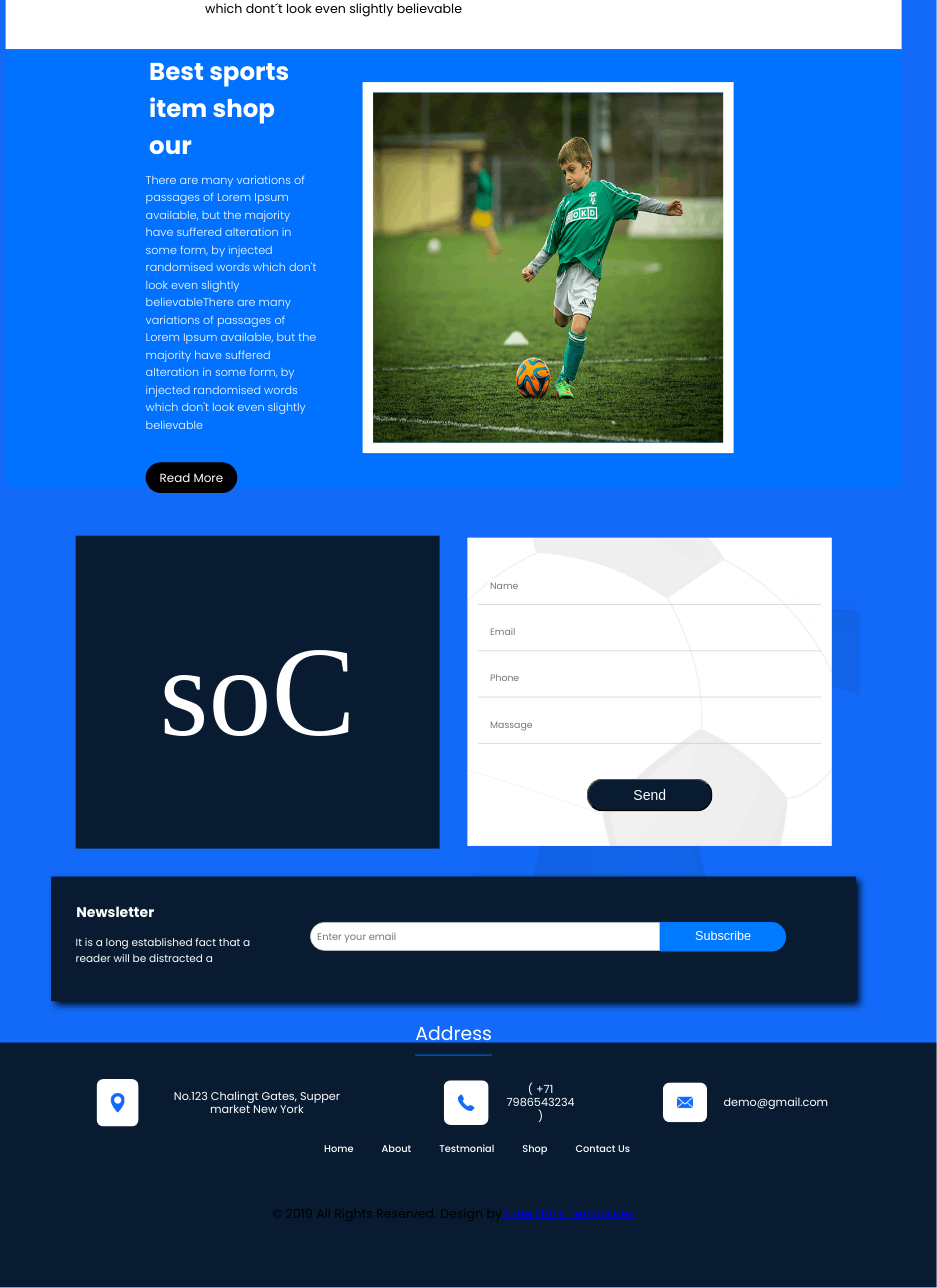
Repository: Vinicius9922/Projeto-Web
Page: index.html
The author's editor kept a copy of each file at every save. The page is drawn from the files as they stood at one save, then again after a run of saves.
The browser window is 1280 px wide. The page is 1338 px wide, so the pictures cover 1338 px, including what lies to the right of the window. The pictures show the part of the page from y = 2055 to 3895 px (the page is 3895 px tall before and 3879 px after), at 70% of full size.

Above is the page before, as saved 2024-12-13 20:03:49.

### index.html
<!DOCTYPE html>
<html>

<head>
    <meta charset="UTF-8">
    <meta name="viewport" content="width=device-width, initial-scale=1.0">
    <link rel="stylesheet" href="index.css">
    <link rel="preconnect" href="https://fonts.googleapis.com">
    <link rel="preconnect" href="https://fonts.gstatic.com" crossorigin>
    <link
        href="https://fonts.googleapis.com/css2?family=Lora:ital,wght@0,400..700;1,400..700&family=Poppins:ital,wght@0,100;0,200;0,300;0,400;0,500;0,600;0,700;0,800;0,900;1,100;1,200;1,300;1,400;1,500;1,600;1,700;1,800;1,900&display=swap"
        rel="stylesheet">
    <title>Index</title>
</head>

<body class="main-layout">
    <header>
        <div class="header">
            <div class="container">
                <div class="logo"><img src="img/logo.png" alt="logo"></div>
                <div class="navBar">
                    <nav>
                        <ul class="menuNav">
                            <li>HOME</li>
                            <li>ABOUT</li>
                            <li>TESTMONIAL</li>
                            <li>SHOP</li>
                            <li>CONTACT US</li>
                            <li><img id="lupa" src="img/search_icon.png"></li>
                        </ul>
                    </nav>
                </div>
            </div>
        </div>
    </header>
    <section>
        <div class="container">
            <div class="carroussel">
                <div class="textCarroussel">
                    <h1>Welcome to <strong class="color">Our Shop</strong></h1>
                    <p>There are many variations of passages of Lorem Ipsum available, but the majority have
                        suffered
                        alteration in some form, by injected humour</p>
                    <button class="botao-carrossel">Buy Now</button>
                    <button class="botao-carrossel">About</button>
                </div>
            </div>
            <div class="img-carroussel">
                <div>
                    <figure><img id="img-carroussel" src="img/boksing-gloves.png" alt="img" /></figure>
                </div>
            </div>
        </div>
    </section>

    <!-- aaaaaaaaaaaaaaa -->

    <div class="parte branca">
        <h1>Our <span>Products</span></h1>
        <p>There are many variations of passages of Lorem ipsum available, but the majority have suffered alteration in
            some form, by injected randomised words wich don't look even slightly believable</p>
    </div>

    <div class="container3">

        <div class="imagem1">
            <img src="img/basketball.png" alt="bola">
            <p>$<span class="valor">50</span></p>
            <p class="p1">Basket ball</p>
        </div>
        <div class="imagem2">
            <img src="img/t-shirt.png" alt="camiseta">
            <p>$<span class="valor">50</span></p>
            <p class="p1">T-shirt</p>
        </div>
        <div class="imagem3">
            <img src="img/game.png" alt="game">
            <p>$<span class="valor">50</span></p>
            <p class="p1">Game</p>
        </div>
        <div class="imagem4">
            <img src="img/basketball.png" alt="bola">
            <p>$<span class="valor">50</span></p>
            <p class="p1">Basket ball</p>
        </div>
        <div class="imagem5">
            <img src="img/t-shirt.png" alt="camiseta">
            <p>$<span class="valor">50</span></p>
            <p class="p1">T-shirt</p>
        </div>
        <div class="imagem6">
            <img src="img/game.png" alt="game">
            <p>$<span class="valor">50</span></p>
            <p class="p1">game</p>
        </div>

    </div>
    <div class="branca2">
        <h1> About <span>Us</span></h1>
        <p>There are many variations of passages of Lorem ipsum available, but the majority have suffered alteration in
            same form, by injected randomised words which dont´t look even slightly believable</p>
    </div>

    <div class="shield">
        <div class="texto-shield">
            <h1 class="textobranco">Best sports item shop our</h1>
            <p class="p2">There are many variations of passages of Lorem Ipsum available, but the majority have suffered
                alteration in some form, by injected randomised words which don't look even slightly believableThere are
                many variations of passages of Lorem Ipsum available, but the majority have suffered alteration in some
                form, by injected randomised words which don't look even slightly believable</p>

            <div class="btn_main">
                <a class="botao" href="#" role="button">Read More</a>
            </div>
        </div>
        <div class="child">
            <figure><img src="img/child-image.png">
            </figure>
        </div>
    </div>

    <!-- aaaaaaaaaaaaaaaaaaaa -->

    <div class="container2">
        <div class="formulario">
            <div class="box-left">
                <div class="soc">soC</div>
            </div>
            <div class="box-right">
                <form>
                    <div class="grupo-form">
                        <input type="text" class="form" placeholder="Name" name="Name">
                    </div>
                    <div class="grupo-form">
                        <input type="email" class="form" placeholder="Email" name="Email">
                    </div>
                    <div class="grupo-form">
                        <input type="text" class="form" placeholder="Phone" name="Phone">
                    </div>
                    <div class="grupo-form">
                        <input type="text" class="form" placeholder="Massage" name="mensagem">
                    </div>
                    <div class="send-button">
                        <button type="submit" class="botao-env">Send</button>
                    </div>
                </form>
            </div>
        </div>
        <div class="box-down">
            <div class="text-news">
                <h2 class="Newsletter">Newsletter</h2>
                <p class="text-newsletter">It is a long established fact that a reader will be distracted a</p>
            </div>
            <div class="email-news">
                <input type="email" class="news-email" placeholder="Enter your email" name="Email">
            </div>
            <div class="Subscribe">
                <button class="subs-button" type="Subscribe">Subscribe</button>
            </div>
        </div>



        <div class="footer">
            <div>
                <div>
                    <div>
                        <div class="titulo">
                            <h2 class="titulo_texto">Address</h2>
                        </div>
                    </div>
                </div>
            </div>
            <div class="endereco">
                <div>
                    <div class="icones">
                        <div class="site_info">
                            <div class="img-icon">
                                <span class="info_icon"><img src="img/map-icon.png" /></span>
                            </div>
                            <span>No.123 Chalingt Gates, Supper market New York</span>
                        </div>
                    </div>
                    <div class="icones">
                        <div class="site_info">
                            <div class="img-icon">
                                <span class="info_icon"><img src="img/phone-icon.png" /></span>
                            </div>
                            <span>( +71 7986543234 )</span>
                        </div>
                    </div>
                    <div class="icones">
                        <div class="site_info">
                            <div class="img-icon">
                                <span class="info_icon"><img src="img/email-icon.png" /></span>
                            </div>
                            <span>demo@gmail.com</span>
                        </div>
                    </div>
                </div>
            </div>

            <div class="menu_main">
                <div class="menu_text">
                    <ul>
                        <li>Home</li>
                        <li>About</li>
                        <li>Testmonial</li>
                        <li>Shop</li>
                        <li>Contact Us</li>
                    </ul>
                </div>
            </div>
        </div>
        <div class="footer">
            <div class="container">
                <p>© 2019 All Rights Reserved. Design by<a href="https://html.design/"> Free Html Templates</a></p>
            </div>
        </div>
    </div>

</body>

</html>

### index.css
@import url('https://fonts.googleapis.com/css2?family=Lora:ital,wght@0,400..700;1,400..700&family=Poppins:ital,wght@0,100;0,200;0,300;0,400;0,500;0,600;0,700;0,800;0,900;1,100;1,200;1,300;1,400;1,500;1,600;1,700;1,800;1,900&display=swap');

body {
    width: 100%;
    font-family: Poppins, normal;
    background-color: #136af8;
    background: linear-gradient(to bottom, #136af8 91%, #081b30 9%);
}

header {
    background-color: #136af8;
    padding: 0px;
}

.container {
    display: flex;
    align-items: center;
    justify-content: space-between;
    margin: 40px 200px;
}

li:hover {
    text-decoration: underline;
    cursor: pointer;
    font-weight: bolder;
}

ul {
    color: white;
    list-style-type: none;
    display: flex;
    margin: 0;
    padding: 0;
    gap: 40px;
    font-weight: 500;
}

#lupa {
    margin-left: 20px;
}

.logo {
    margin-left: 60px;
}

section {
    background-color: #136af8;
    display: flex;
}

.textCarroussel {
    text-align: left;
    margin-left: 60px;
    padding-left: 15px;
}

.textCarroussel p,
strong {
    color: white;
}

.color {
    font-weight: bolder;
}

.textCarroussel h1 {
    font-family: Poppins;
    font-weight: bold;
    font-size: 65px;
    line-height: 74px;
    color: #081b30;
}

.textCarroussel p {
    font-size: 16px;
}

button {
    min-width: 180px;
    color: white;
    background-color: #081b30;
    padding: 10px 50px;
    border-radius: 30px;
    display: inline-block;
    font-size: 20px;
    margin-top: 40px;
    cursor: pointer;
}

button:hover {
    background-color: #032b58;
}

button+button {
    margin-left: 15px;
}

#img-carroussel {
    max-width: 110%;
    height: auto;
    display: block;
}


.parte.branca {
    background-color: white;
    text-align: center;
    padding: 40px 280px;
}

.parte.branca h1 {
    font-size: 50px;
    color: black;
    text-align: left;
    font-weight: 800;
    margin: 5px;
}

.parte.branca h1 span {
    color: #0072ff;

}

.parte.branca p {
    font-size: 18px;
    margin-top: 10px;
    text-align: left;
    font-weight: 400;
    margin: 5px;
}

/* Grade de produtos */
.container3 {
    display: grid;
    grid-template-columns: repeat(3, 1fr);
    gap: 20px;
    column-gap: 30px;
    padding-left: 250px;
    padding-right: 250px;
    padding-top: 40px;
    padding-bottom: 40px;
    background-color: #001f3f;
}


.container3 div {
    text-align: center;
    background-color: white;
    padding: 20px;
    box-shadow: 0 5px 10px rgba(0, 0, 0, 0.1);
}

.container3 img {
    width: 300px;
    height: 300px;
    margin-bottom: 10px;
}

.container3 div .valor {
    margin: 5px 0;
    font-size: 26px;
    color: #0072ff
}

.container3 div p {
    font-size: 26px;
    color: black;
    margin: 3px;
}

/* Sessão "About Us" */
.branca2 {
    background-color: white;
    text-align: left;
    padding: 40px 280px;
}

.branca2 h1 {
    font-size: 50px;
    color: black;
    text-align: left;
    font-weight: 800;
    margin: 5px;
}

.branca2 h1 span {
    color: #0072ff;
}

.branca2 p {
    font-size: 18px;
    margin-top: 10px;
    text-align: left;
    font-weight: 400;
    margin: 5px;
}

/* Sessão "Best sports item shop our" */
.shield {
    display: flex;
    justify-content: space-between;
    align-items: center;
    background-color: #0072ff;
    color: white;
    padding-left: 200px;
    padding-right: 200px;
    gap: 20px;
}

.texto-shield {
    text-align: left;
}

.shield h1 {
    font-size: 35px;
    color: rgb(255, 255, 255);
    text-align: left;
    font-weight: 700;
    margin: 5px;
}

.shield .p2 {
    font-size: 16px;
    margin-top: 10px;
    text-align: left;
    font-weight: 300;
    margin-bottom: 50px;
}

.btn_main .botao {
    text-decoration: none;
    background-color: black;
    color: white;
    padding: 10px 20px;
    border-radius: 30px;
    font-size: 17px;
    transition: 0.5s ease, color 0.4s ease 0.1s;
}

.botao:hover {
    background-color: #fbfbfb;
    color: black;
}

.child {
    margin: 0px;
}

.child img {
    height: 500px;
    width: 500px;
    display: flex;
    border: 15px solid #fff;
}

.container2 {
    display: flex;
    align-items: center;
    justify-content: space-between;
    margin: 30px 100px;
    flex-direction: column;
}

.formulario {
    flex: auto;
    display: flex;
    justify-content: space-between;
    align-items: center;
    border-radius: 10px;
    padding: 40px;
    justify-content: center;
    gap: 40px;
    background-image: url('img/contact-banner.png');
}

.grupo-form {
    width: 100%;
    padding: 15px;
    margin-bottom: 10px;
    border-bottom: 1px solid #ccc;
}

form {
    display: flex;
    flex-direction: column;
    align-items: center;
    width: 460px;
    height: 360px;
}

.form {
    border: none;
    width: 100px;
    margin: 0px;
}

.box-left {
    background-color: #081b30;
    color: white;
    text-align: center;
    font-family: apple;
    font-size: 180px;
    padding: 10% 10%;
    padding: 120px;
}

.box-right {
    height: auto;
    background-color: #f2f2f2;
    background-image: url('img/boll_bg.png');
    padding: 40px 30px;
}

.box-left,
.box-right {
    width: 50%;
}

input {
    border: none;
    outline: none;
    width: 100%;
}

input,
textarea {
    font-family: Poppins, normal;
    color: #a4a0a0;
    width: 100%;
}

.box-down {
    display: flex;
    align-items: row;
    background-color: #081b30;
    color: white;
    width: 1150px;
    box-shadow: 5px 5px 10px 0 rgba(0, 0, 0, 0.9);
}

.text-news {
    display: flex;
    flex-direction: column;
    max-width: 300px;
    padding-left: 35px;
    font-size: 12px;
    padding: 35px;
}

.Newsletter {
    margin: 1px;
    font-size: 20px;
}

.text-newsletter {
    font-size: 15px;
}

.email-news {
    display: flex;
    align-items: center;
    height: 172px;
}

.Subscribe {
    display: flex;
    align-items: center;
    height: 132px;
}

.news-email {
    padding: 9px;
    font-size: 14px;
    border: 1px solid #ccc;
    border-radius: 25px 0 0 25px;
    width: 500px;
    height: 41px;
    box-sizing: border-box;
}

.subs-button {
    font-size: 18px;
    color: white;
    background-color: #007BFF;
    border: none;
    border-radius: 0 25px 25px 0;
    cursor: pointer;
    height: 42px;

}

.subs-button:hover {
    background-color: #0056b3;
}


.footer{
    font-size: 18px;
    margin-top: 10px;
    text-align: center;
    font-weight: 400;
    margin: 5px;
}

.titulo_texto{
    color:white;
    text-decoration-line: underline;
    text-decoration-color: #0056b3;
    text-underline-offset: 20px;
    font-weight:400;
}

.endereco > div {
    display: flex;
    gap: 100px;
    align-items: center;
}

.icones {
    display: flex;
    align-items: center;
    gap: 10px;
    color:white;
}

.info_icon img {
    width: auto;
    height: auto;
    background-color:white;
    border-radius: 10px;
    padding: 20px;
    display: block;
}

.site_info {
    display: flex;
    align-items: center;
}

.site_info span {
    line-height: 1.2;
    font-size: 16px;

}
.img-icon {
    display: flex;
    align-items: center;
    justify-content: center;
    width: 50px;
    height: 50px;
    background-color: white;
    border-radius: 10px;
    margin:30px;
}

.menu_text ul{
    font-size: 14px;
    text-align: center;
    padding:0px 00px 0px 350px;
    align-items:center;
}

.menu_text li:hover{
    color:#0072ff;
    cursor: pointer;
    text-decoration:none;
}

After the next 2 saves:
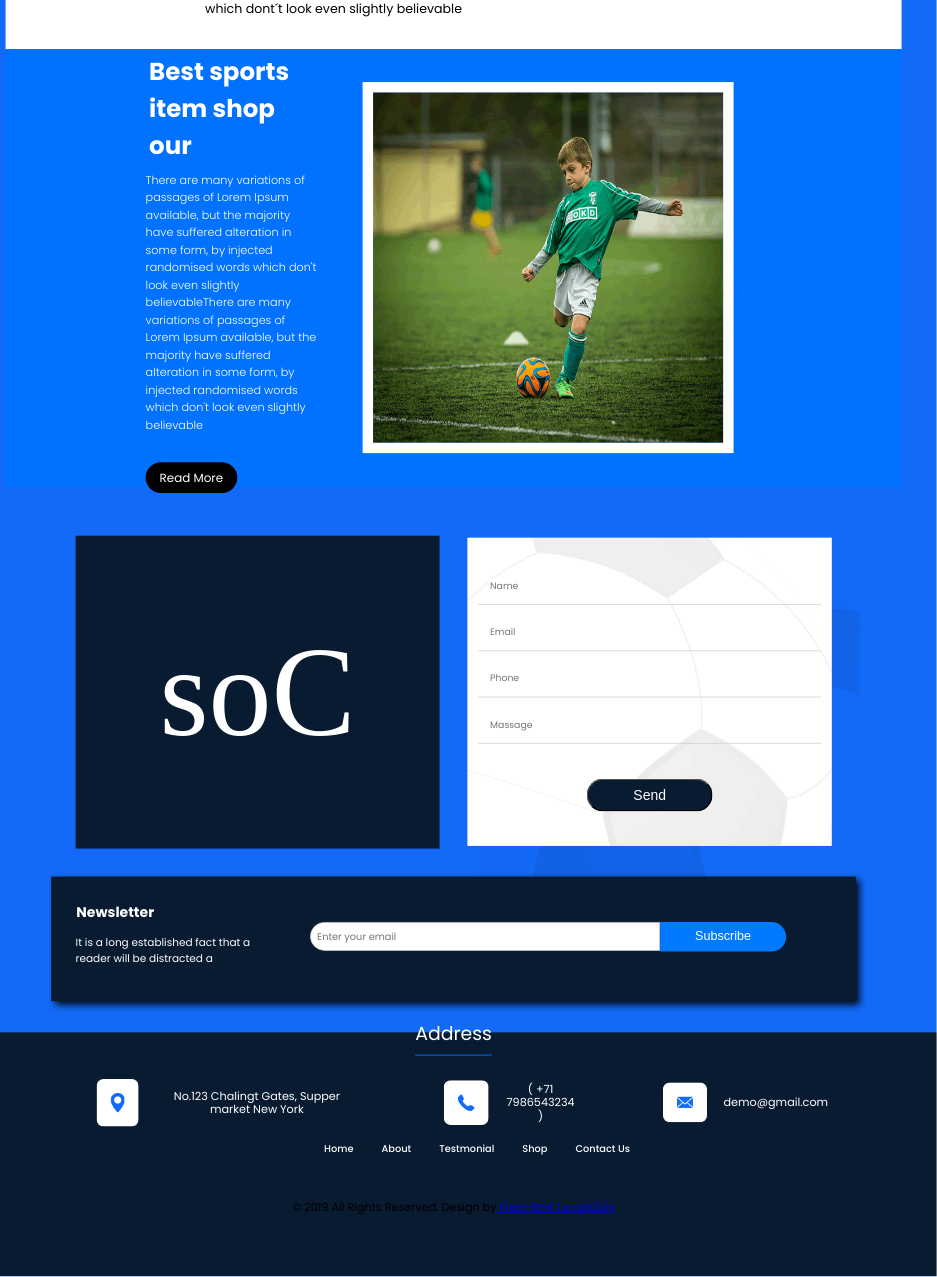
The 2 saves are shown as one change because they came seconds apart.
The last was saved 8 s later.
--- a/index.html
+++ b/index.html
@@ -212,7 +212,7 @@
                 </div>
             </div>
         </div>
-        <div class="footer">
+        <div class="last-info">
             <div class="container">
                 <p>© 2019 All Rights Reserved. Design by<a href="https://html.design/"> Free Html Templates</a></p>
             </div>
